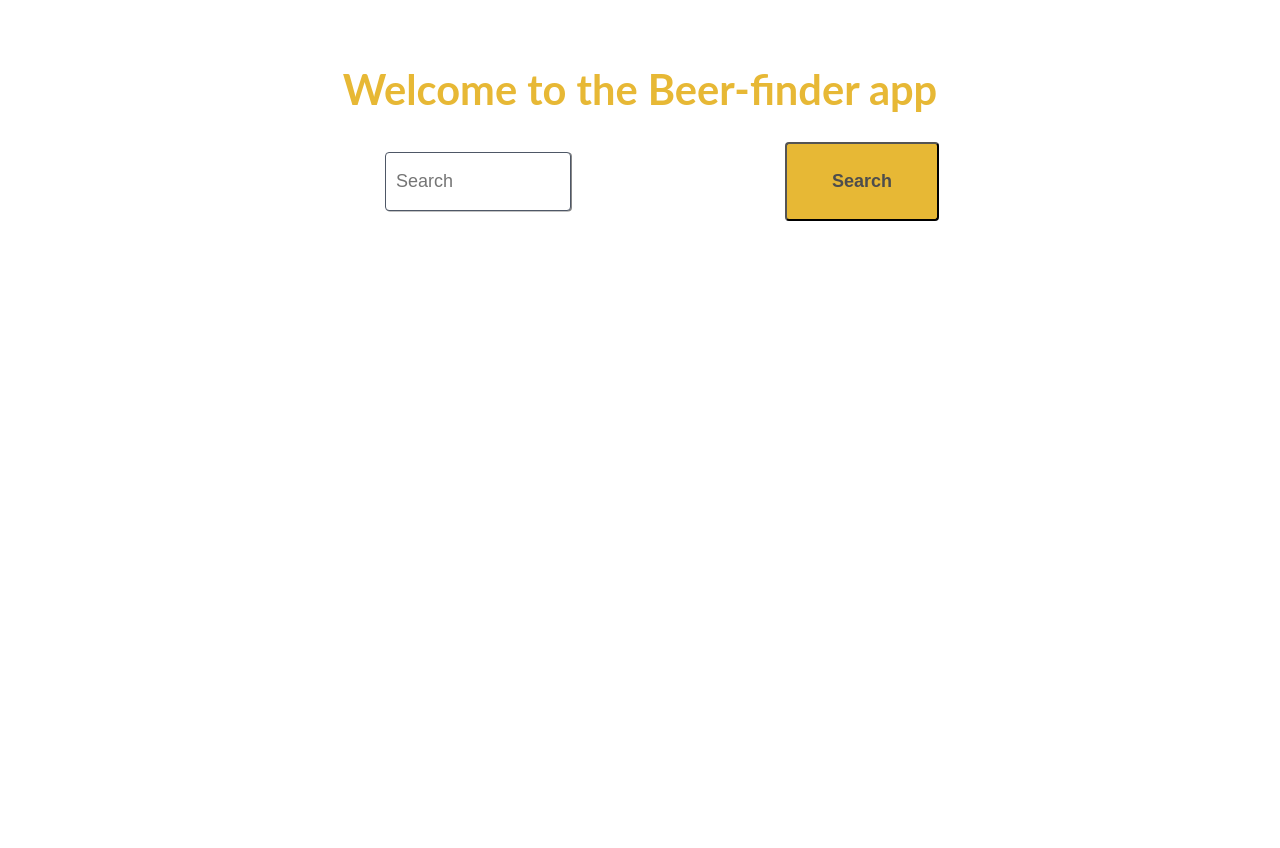
Repository: marcinszymaszek/beer-finder
Page: /
An editor plug-in stored every save of this project. The page is shown before and after the next save, followed by the edit.
The browser window is 1280 px wide. The pictures show the whole page.
The project was rebuilt for these pictures with package versions that can differ from the ones it lists, and the page was loaded fresh each time.

Above is the page before, as saved 2020-05-10 20:42:57.

### public/index.html
<!DOCTYPE html>
<html lang="en">
  <head>
    <meta charset="utf-8" />
    <link rel="icon" href="%PUBLIC_URL%/favicon.ico" />
    <meta name="viewport" content="width=device-width, initial-scale=1" />
    <meta name="theme-color" content="#000000" />
    <meta
      name="description"
      content="Web site created using create-react-app"
    />
    <link rel="apple-touch-icon" href="%PUBLIC_URL%/logo192.png" />
    <!--
      manifest.json provides metadata used when your web app is installed on a
      user's mobile device or desktop. See https://developers.google.com/web/fundamentals/web-app-manifest/
    -->
    <link rel="manifest" href="%PUBLIC_URL%/manifest.json" />
    <!--
      Notice the use of %PUBLIC_URL% in the tags above.
      It will be replaced with the URL of the `public` folder during the build.
      Only files inside the `public` folder can be referenced from the HTML.

      Unlike "/favicon.ico" or "favicon.ico", "%PUBLIC_URL%/favicon.ico" will
      work correctly both with client-side routing and a non-root public URL.
      Learn how to configure a non-root public URL by running `npm run build`.
    -->
    <title>Beer-finder App</title>
  </head>
  <body>
    <noscript>You need to enable JavaScript to run this app.</noscript>
    <div id="root"></div>
    <!--
      This HTML file is a template.
      If you open it directly in the browser, you will see an empty page.

      You can add webfonts, meta tags, or analytics to this file.
      The build step will place the bundled scripts into the <body> tag.

      To begin the development, run `npm start` or `yarn start`.
      To create a production bundle, use `npm run build` or `yarn build`.
    -->
  </body>
</html>

### src/index.js
import React from 'react';
import ReactDOM from 'react-dom';
import './index.css';
import App from './components/main/App';
import * as serviceWorker from './serviceWorker';

ReactDOM.render(
  <React.StrictMode>
    <App />
  </React.StrictMode>,
  document.getElementById('root')
);

// If you want your app to work offline and load faster, you can change
// unregister() to register() below. Note this comes with some pitfalls.
// Learn more about service workers: https://bit.ly/CRA-PWA
serviceWorker.unregister();

### src/components/main/App.js
import React, { useState, useEffect } from 'react';
import './App.css';
import Search from '../search/Search'


const App = () => {

  return (
    <div className="main-container">
      <h1 className="app-title">Welcome to the Beer-finder app</h1>
      <Search />


    </div>
  );
}

export default App;

### src/components/main/App.css
.main-container {
  font-family: Lato, sans-serif;
  font-size: 1.5em;
  height: 100vh;
  line-height: 20px;
  font-size: 1.3rem;
  text-align: center;
  margin: 5% 20%;
  color: #e7b835;
}

.app-title{
  line-height: normal;
}

@media (max-width: 1199px)  {
  .main-container  {
    font-size: 1.2em;
  }
}

@media (max-width: 576px)  {
  .main-container  {
    height: auto;
    margin-bottom: 20%;
    margin-left: 15%;
    margin-right: 15%;
  }
}

### src/components/search/Search.js
import React, { useState, useEffect } from 'react';
import './Search.css';


const Search = () => {

    return (
        <div className="inline-container">
            <div>
                <input name="text" type="text" placeholder="Search" />
            </div>
            <button>Search</button>
        </div>
    )
}

export default Search;

### src/components/search/Search.css
.inline-container {
    display: flex;
    flex-flow: wrap;
    align-content: center;
    align-items: stretch;
    justify-content: space-around;
}

input {
    width: 60%;
    margin: 10px;
    padding: 18px 10px;
    border-radius: 4px;
    border: 1px solid #4e5766;
    box-shadow: 1px 0.5px #888888;
    font-size: 18px;
}

.input-container{
    width: 100%;
}

    button {
        padding: 12px 10px;
        width: 20%;
        border-radius: 4px;
        background-color: #e7b835;
        color: #4d4d4d;
        cursor: pointer;
        font-size: 18px;
        font-weight: 700;
    }


@media (max-width: 767px)  {
    .inline-container {
        justify-content: space-evenly;
    }
}

@media (max-width: 576px)  {
    input {
        width: 100%;
        margin: 20px 0px;
        padding: 18px 10px;
    }

    button {
        width: 100%;
    }
  }

Loaded but not shown: src/index.css (common file); src/serviceWorker.js (common file)

After the next save:
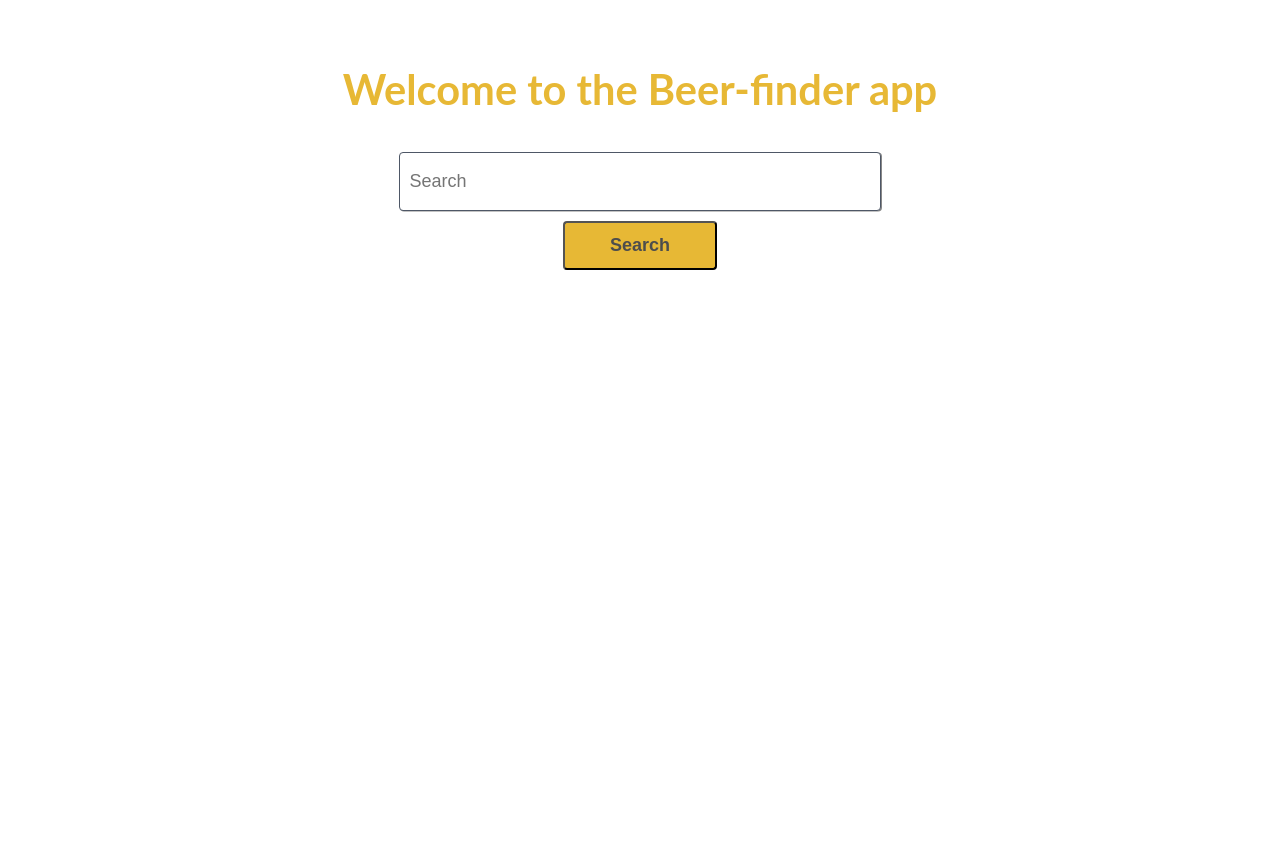
Saved 3 s later.
--- a/src/components/search/Search.js
+++ b/src/components/search/Search.js
@@ -6,7 +6,7 @@ const Search = () => {
 
     return (
         <div className="inline-container">
-            <div>
+            <div className="input-container">
                 <input name="text" type="text" placeholder="Search" />
             </div>
             <button>Search</button>
